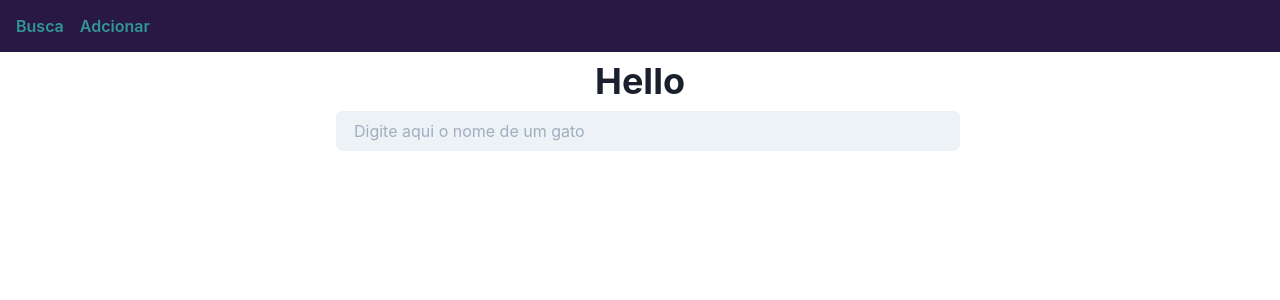
Repository: thislucasme/front-end-cats-react.js
Page: /buscar-gatos
An editor plug-in stored every save of this project. The page is shown before and after the next save, followed by the edit.
The browser window is 1280 px wide. The pictures show the whole page.
The page's requests for data from a server got no answer. The project was rebuilt for these pictures with package versions that can differ from the ones it lists, and the page was loaded fresh each time. No one was signed in, and anything a server would have sent is missing. Also part of the build but not shown: src/components/lista.gatos.tsx, src/pages/cadastro.gatos.tsx.

Above is the page before, as saved 2021-10-27 16:07:21.

After the next save:
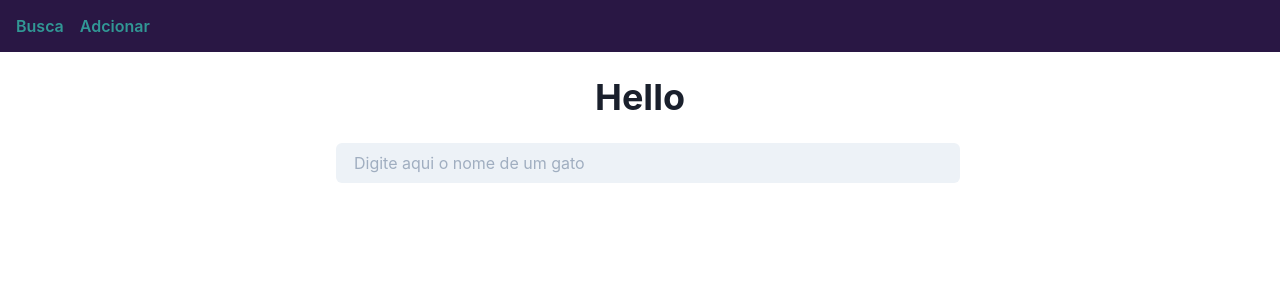
Saved 14 s later.
--- a/src/pages/busca.gatos.tsx
+++ b/src/pages/busca.gatos.tsx
@@ -14,7 +14,7 @@ export const Busca = () => {
 			<VStack w="full">
 				<Menu />
 				<VStack w="50%">
-					<Heading>Hello</Heading>
+					<Heading my={4}>Hello</Heading>
 					<Flex w="full">
 						<Spacer />
 						<Input ml={4} value={campoBusca} onChange={(e) => { setCampoBusca(e.target.value) }} variant="filled" placeholder="Digite aqui o nome de um gato" />
